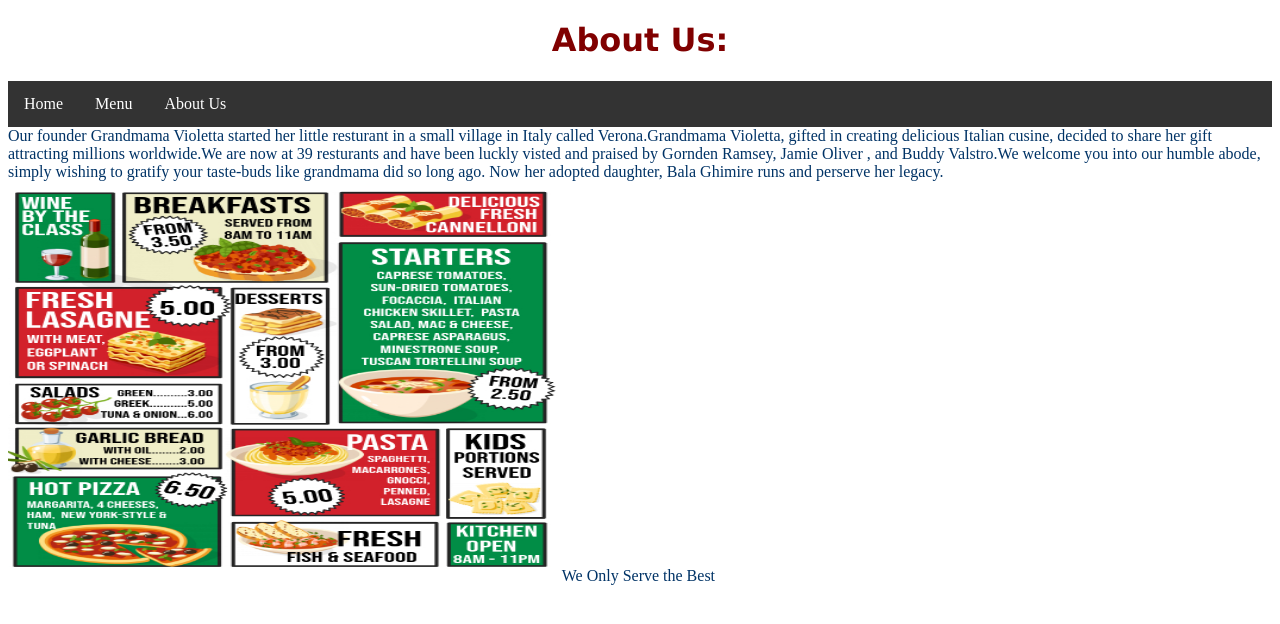
Repository: bala2672/bala2672.github.io
Page: 214/Website/aboutus.html
The author's editor kept a record of every edit. The page is drawn from the files as they stood at one moment, then again after the next edit.
The browser window is 1280 px wide. The pictures show the whole page.

Above is the page before.

### 214/Website/aboutus.html
<!DOCTYPE html>
   <html>
     <head>
       <meta charset="utf-8">
       <title>  Italian Resturante</title>
     </head>
     <style>

   td {color: #FF0000;}

   ul {
  list-style-type: none;
  margin: 0;
  padding: 0;
  overflow: hidden;
  background-color: #333;
}

li {
  float: left;
}

li a {
  display: block;
  color: white;
  text-align: center;
  padding: 14px 16px;
  text-decoration: none;
}

li a:hover {
  background-color: #111;
}

  </style>

     <body>

       <h1> About Us:</h1></h1>

       <ul>
  <li><a class="active" href="web.html">Home</a></li>
  <li><a href="menu.html">Menu</a></li>
  <li><a href="aboutus.html">About Us</a></li>
</ul>
 Our founder Grandmama Violetta started her little resturant in a small village in Italy
 called Verona.Grandmama Violetta, gifted in creating delicious Italian cusine, decided to
 share her gift attracting millions worldwide.We are now at 39 resturants and have been luckly
 visted and praised by Gornden Ramsey, Jamie Oliver , and Buddy Valstro.We welcome you into
 our humble abode, simply wishing to gratify your taste-buds like grandmama did so long ago.
 Now her adopted daughter, Bala Ghimire runs and perserve her legacy.
    </body>
  </html>
  <img src="menu1.jpg"width="550" height="400" />
  <link href="web.css" rel="stylesheet" type="text/css">

<tr><td></td><td>We Only Serve the Best</td></tr>

### 214/Website/web.css
body{
       font-family: "Marker Felt", "Comic Sans MS", fantasy;
 	 color: #003366;
    }

    h1  {
        font-family: "Verdana";
 	 color: #800000;
 	   font-size: 2.0em;
 	   text-align: center;
   }

   tr   {
	  border: 1px solid #ffffff;
	  text-align: center;
	  background-color:#9FB6CD;
  }

  th   {
	 text-align: center;
	 color: #ffffff;
	 background-color: #003366;
  }

After the next edit:
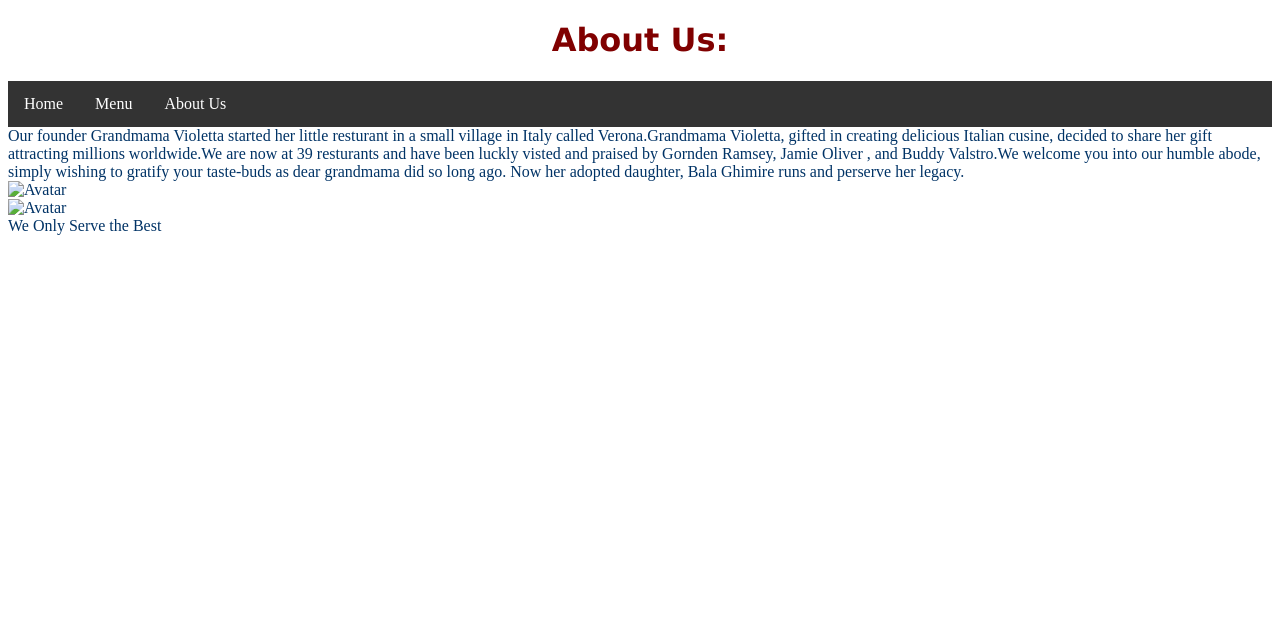
Not found: 214/Website/img_avatar.png
The edit:
--- a/214/Website/aboutus.html
+++ b/214/Website/aboutus.html
@@ -32,6 +32,39 @@
   background-color: #111;
 }
 
+* {box-sizing: border-box;}
+
+.container {
+  position: relative;
+  width: 50%;
+  max-width: 300px;
+}
+
+.image {
+  display: block;
+  width: 100%;
+  height: auto;
+}
+
+.overlay {
+  position: absolute;
+  bottom: 0;
+  background: rgb(0, 0, 0);
+  background: rgba(0, 0, 0, 0.5); /* Black see-through */
+  color: #f1f1f1;
+  width: 100%;
+  transition: .5s ease;
+  opacity:0;
+  color: white;
+  font-size: 20px;
+  padding: 20px;
+  text-align: center;
+}
+
+.container:hover .overlay {
+  opacity: 1;
+}
+
   </style>
 
      <body>
@@ -47,11 +80,18 @@
  called Verona.Grandmama Violetta, gifted in creating delicious Italian cusine, decided to
  share her gift attracting millions worldwide.We are now at 39 resturants and have been luckly
  visted and praised by Gornden Ramsey, Jamie Oliver , and Buddy Valstro.We welcome you into
- our humble abode, simply wishing to gratify your taste-buds like grandmama did so long ago.
+ our humble abode, simply wishing to gratify your taste-buds as dear grandmama did so long ago.
  Now her adopted daughter, Bala Ghimire runs and perserve her legacy.
     </body>
   </html>
-  <img src="menu1.jpg"width="550" height="400" />
+ <div class="container">
+  <img src="img_avatar.png" alt="Avatar" class="image">
+  <div class="overlay">Now Owner: Bala G.</div>
+</div>
+    <div class="container">
+  <img src="img_avatar.png" alt="Avatar" class="image">
+  <div class="overlay">Grandmama Violetta doing what she loved the most</div>
+</div>
   <link href="web.css" rel="stylesheet" type="text/css">
 
 <tr><td></td><td>We Only Serve the Best</td></tr>
